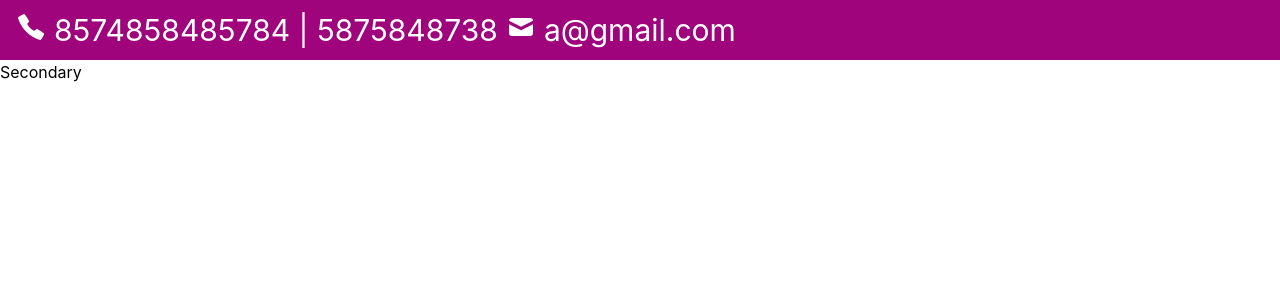
Repository: Sushant203/react-training-
Page: /
The author's editor kept a copy of each file at every save. The page is drawn from the files as they stood at one save, then again after the next save.
The browser window is 1280 px wide. The pictures show the whole page.
The project was rebuilt for these pictures with package versions that can differ from the ones it lists, and the page was loaded fresh each time. Also part of the build but not shown: src/App.css, src/components/LowerNav.jsx, src/components/UpperNav.jsx.

Above is the page before, as saved 2022-12-19 09:30:43.

After the next save:
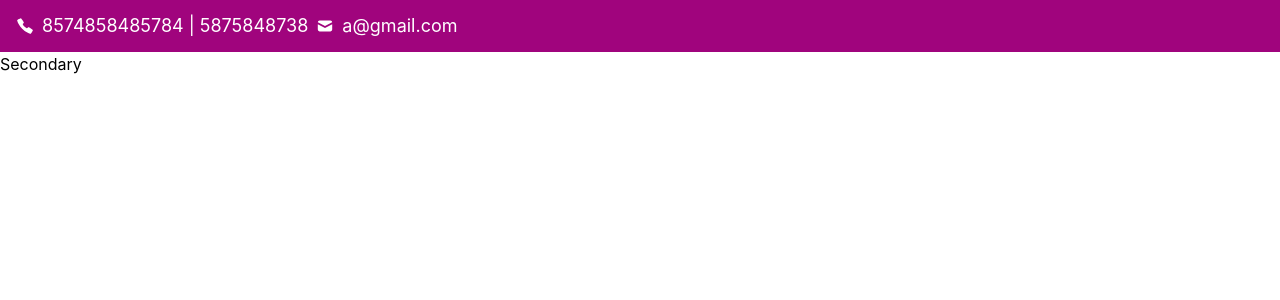
Saved 24 s later.
--- a/src/components/Naviagtion/Toolbar/header.jsx
+++ b/src/components/Naviagtion/Toolbar/header.jsx
@@ -4,12 +4,12 @@ import { HiMail } from "react-icons/hi";
 function Header() {
   return (
     <div className="py-3 px-4 bg-mainColor w-full flex items-center">
-      <div className="flex gap-2 text-3xl text-white">
-        <div className="flex gap-2 ">
+      <div className="flex gap-2 text-lg text-white">
+        <div className="flex gap-2  items-center">
           <IoCallSharp />
           8574858485784 | 5875848738
         </div>
-        <div className=" flex gap-2">
+        <div className=" flex gap-2 items-center">
           <HiMail />
           a@gmail.com
         </div>
